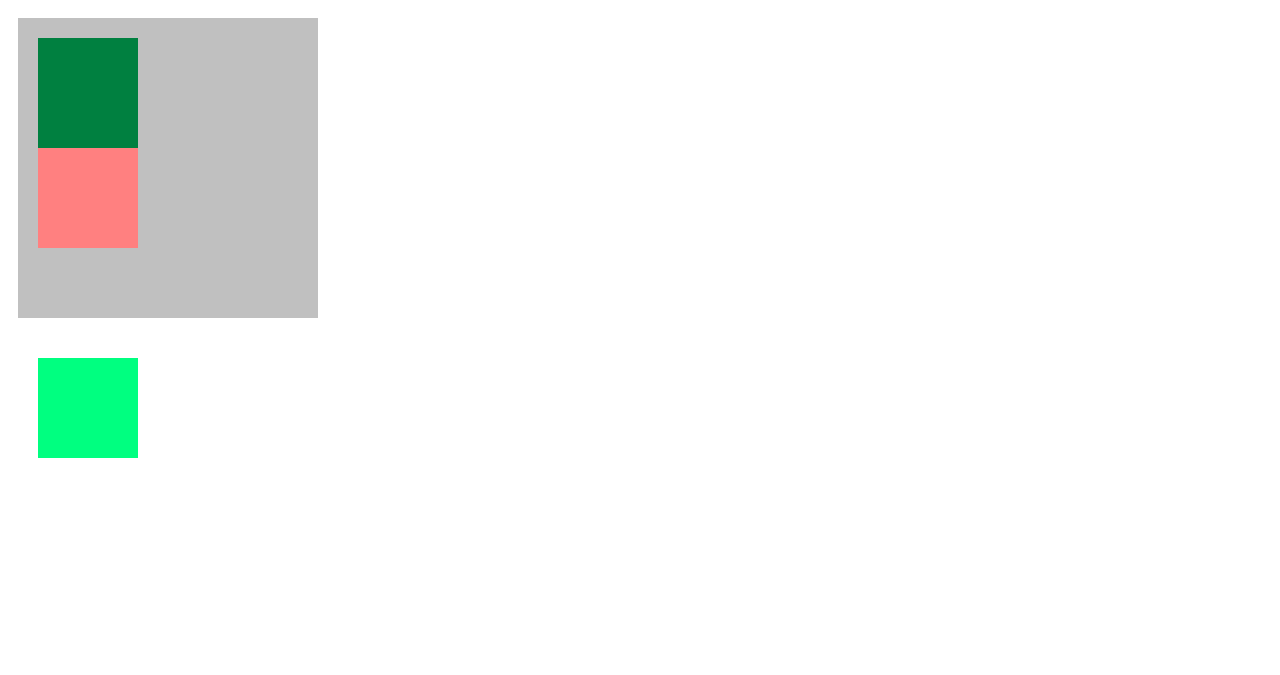
Repository: BaekJiGyeong/JSP_web
Page: http://localhost/Project0303/project2.jsp
The author's editor kept a copy of each file at every save. The page is drawn from the files as they stood at one save, then again after the next save.
The browser window is 1280 px wide. The pictures show the whole page.
The page is served by Tomcat 9.

Above is the page before, as saved 2016-03-03 09:20:05.

### Project0303/WebContent/project2.jsp
<%@ page language="java" contentType="text/html; charset=UTF-8"
    pageEncoding="UTF-8"%>
<!DOCTYPE html>
<html>
<head>
<meta http-equiv="Content-Type" content="text/html; charset=UTF-8">
<link rel="stylesheet" type="text/css" href="/resource/css/project2.css"/>
<title>Insert title here</title>
</head>
<body>
<div id="wrapper">

	<div id="col1">
		<div id="col1row1">
		</div>
	</div>
	<div id="col2">
		<div id="col2row1">
		</div>
		<div id="col2row2">
		</div>
	</div>

</div>

</body>
</html>

### Project0303/WebContent/resource/css/project2.css
@CHARSET "UTF-8";

div {
	margin: 10px;
}
div#wrapper {
	 background-color: #c0c0c0;
	 position: absolute;
	 width: 300px;
	 height: 300px;

}
div#col1 {
	float: left;
	width: 100%;
	 height: 100%;
}
div#col1row1 {
	background-color: #008040;
	width: 100px;
	height: 200px;
	float: left;
}
div#col2 {
	float: left;
}
div#col2row1 {
	background-color: #00ff80;
	width: 100px;
	height: 100px;
}
div#col2row2 {
	background-color: #ff8080;
	width: 100px;
	height: 100px;
	top: 120px;
	position: absolute;
}

After the next save:
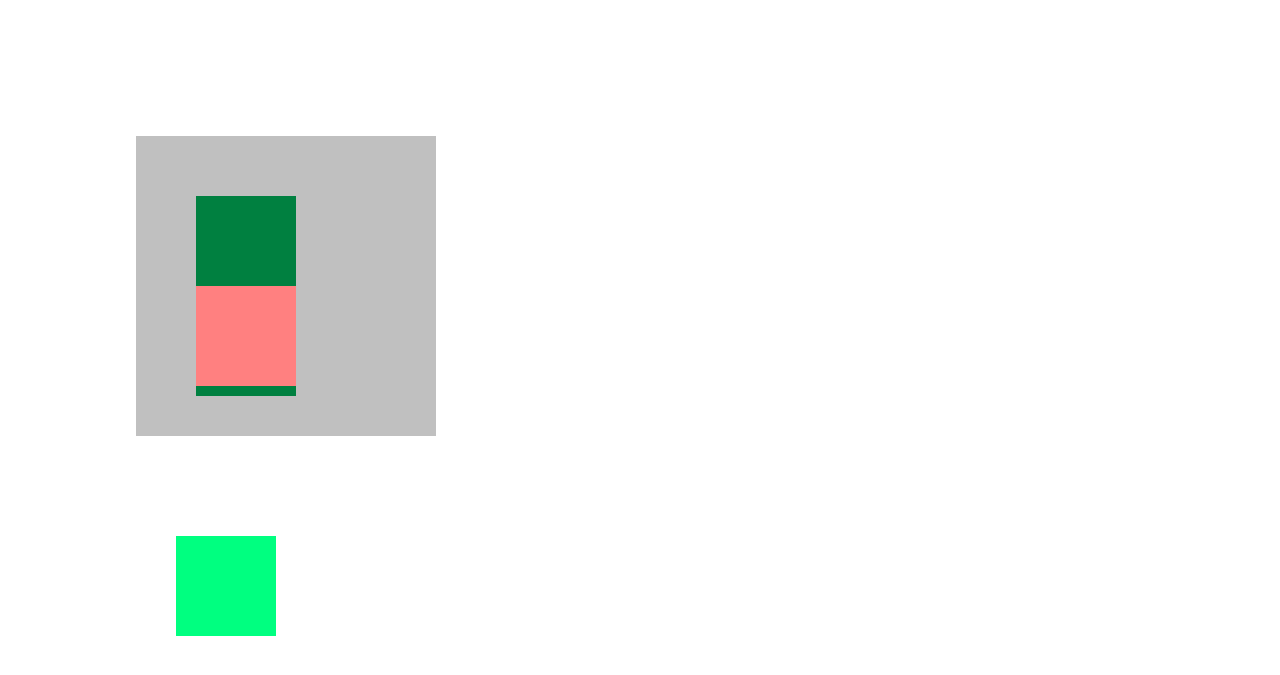
Saved 21 s later.
--- a/Project0303/WebContent/resource/css/project2.css
+++ b/Project0303/WebContent/resource/css/project2.css
@@ -1,7 +1,7 @@
 @CHARSET "UTF-8";
 
 div {
-	margin: 10px;
+	margin: 10%;
 }
 div#wrapper {
 	 background-color: #c0c0c0;

After the save that followed:
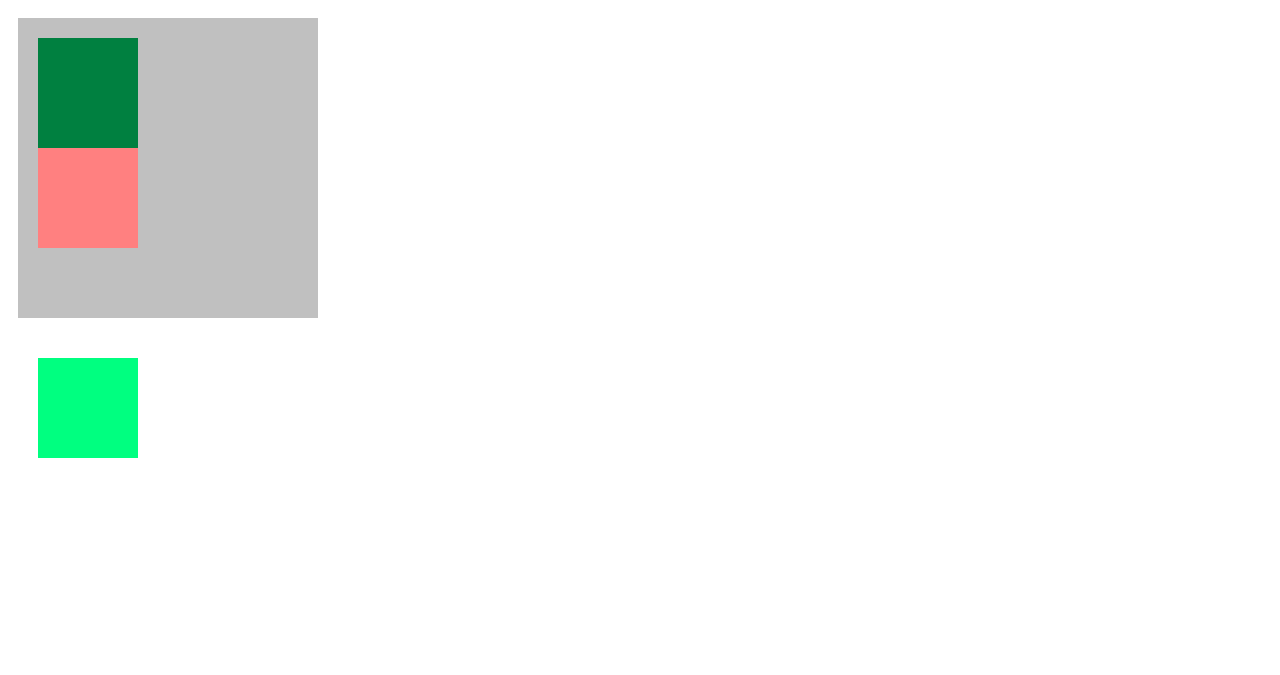
Saved 10 s later.
--- a/Project0303/WebContent/resource/css/project2.css
+++ b/Project0303/WebContent/resource/css/project2.css
@@ -1,7 +1,7 @@
 @CHARSET "UTF-8";
 
 div {
-	margin: 10%;
+	margin: 10px;
 }
 div#wrapper {
 	 background-color: #c0c0c0;
